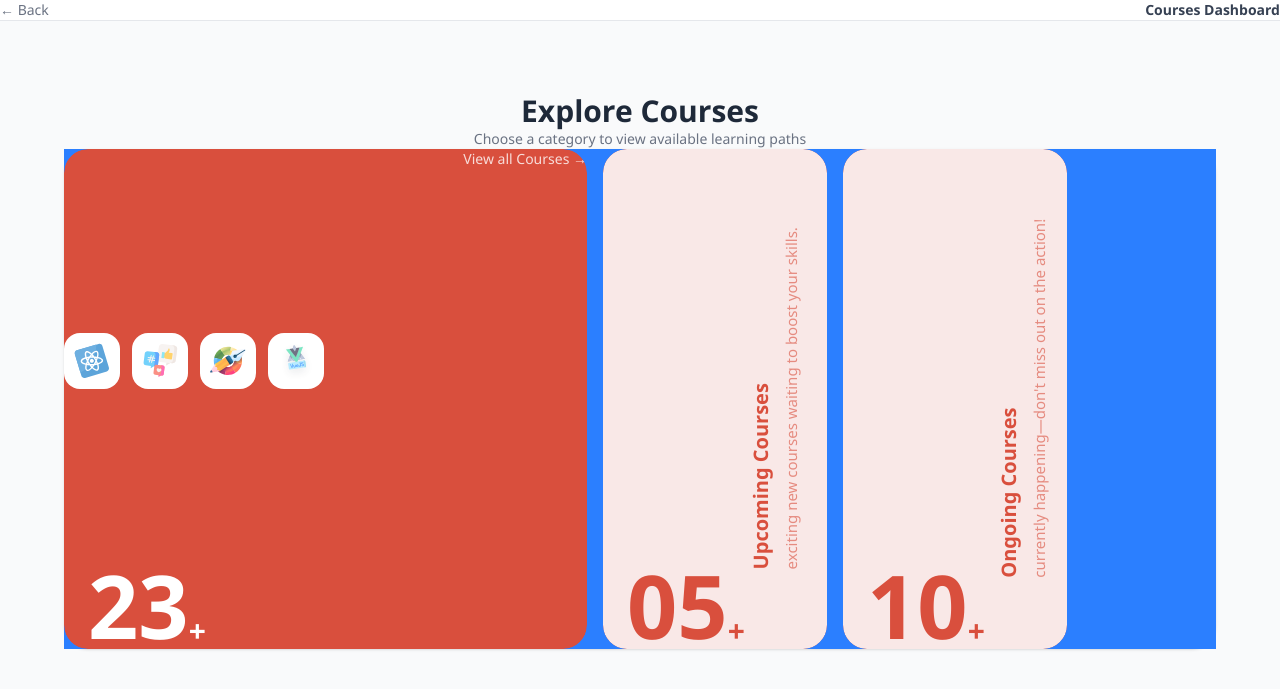
Repository: RahulRajKhadka/nextjs-dashboard-app
Page: /task2
The author's editor kept a copy of each file at every save. The page is drawn from the files as they stood at one save, then again after a run of saves.
The browser window is 1280 px wide. The pictures show the whole page.
The project was rebuilt for these pictures with package versions that can differ from the ones it lists, and the page was loaded fresh each time. The framework's server and built-in components were replaced by stand-ins that run in the browser. Also part of the build but not shown: next.config.ts.

Above is the page before, as saved 2026-04-10 12:48:22.

### src/app/layout.tsx
import type { Metadata } from "next";
import "./globals.css";

export const metadata: Metadata = {
  title: "SkillShikshya Tasks",
  description: "Frontend & Logical Tasks",
};

export default function RootLayout({
  children,
}: {
  children: React.ReactNode;
}) {
  return (
    <html lang="en">
      <body>{children}</body>
    </html>
  );
}

### src/app/task2/page.tsx
"use client";
import dynamic from "next/dynamic";
import Link from "next/link";

const CourseCards = dynamic(() => import("@/components/task2/CourseCards"), {
  loading: () => (
    <div className="flex items-center justify-center h-[300px] text-gray-400 text-sm">
      Loading courses...
    </div>
  ),
  ssr: false,
});

export default function Task2Page() {
  return (
    <main className="min-h-screen bg-gray-50 flex flex-col">

      {/* Top Bar */}
      <div className="flex items-center justify-between px-6 md:px-10 py-4 border-b border-gray-200 bg-white">
        <Link
          href="/"
          className="text-sm text-gray-500 hover:text-gray-900 transition-colors"
        >
          ← Back
        </Link>

        <span className="text-sm font-semibold text-gray-700">
          Courses Dashboard
        </span>
      </div>

      {/* Centered Content */}
      <div className="flex-1 flex items-center justify-center px-4 py-10">

        <div className="w-full max-w-6xl">

          {/* Heading */}
          <div className="mb-8 text-center mt-10">
            <h1 className="text-3xl font-bold text-gray-800">
              Explore Courses
            </h1>
            <p className="text-gray-500 text-sm mt-2">
              Choose a category to view available learning paths
            </p>
          </div>

          {/* Cards */}
          <div className="bg-white rounded-3xl shadow-sm p-4 md:p-6">
            <CourseCards />
          </div>

        </div>

      </div>
    </main>
  );
}

### src/app/globals.css
@import "tailwindcss";

* {
  margin: 0;
  padding: 0;
  box-sizing: border-box;
}

html {
  scroll-behavior: smooth;
}

body {
  font-family: "Segoe UI", sans-serif;
  background-color: #f5f5f5;
}

.vertical-text {
  writing-mode: vertical-rl;
  transform: rotate(180deg);
}

### src/components/task2/CourseCards.tsx
"use client";

import { useState, useRef, useLayoutEffect } from "react";
import CourseCard from "./CourseCard";
import { courseCardsData } from "./courseCardsData";
import gsap from "gsap";

export default function CourseCards() {
  const [expandedId, setExpandedId] = useState<number>(1);
  const [directionMap, setDirectionMap] = useState<Map<number, "left" | "right">>(new Map());

  const cardRefs = useRef<(HTMLDivElement | null)[]>([]);
  const containerRef = useRef<HTMLDivElement>(null);
  const expandedWidth = useRef(0);
  const collapsedWidth = useRef(0);
  const isAnimating = useRef(false);

  useLayoutEffect(() => {
    const container = containerRef.current;
    if (!container) return;

    const totalWidth = container.clientWidth;
    const gap = 16;
    const totalGap = gap * (courseCardsData.length - 1);
    const unit = (totalWidth - totalGap) / courseCardsData.length;

    expandedWidth.current = unit * 1.4;
    collapsedWidth.current = unit * 0.6;

    const initialDirectionMap = new Map<number, "left" | "right">();
    courseCardsData.forEach((course, index) => {
      initialDirectionMap.set(course.id, index === 0 ? "right" : "left");
    });
    setDirectionMap(initialDirectionMap);

    cardRefs.current.forEach((el, i) => {
      if (el) {
        gsap.set(el, {
          width:
            courseCardsData[i].id === 1
              ? expandedWidth.current
              : collapsedWidth.current,
        });
      }
    });
  }, []);

  const getDirectionForCard = (clickedId: number, currentExpandedId: number): "left" | "right" => {
    const clickedIndex = courseCardsData.findIndex((c) => c.id === clickedId);
    const expandedIndex = courseCardsData.findIndex((c) => c.id === currentExpandedId);
    return clickedIndex < expandedIndex ? "left" : "right";
  };

  const isCardLeftmost = (cardId: number): boolean => {
    return courseCardsData.findIndex((c) => c.id === cardId) === 0;
  };

  const handleCardClick = (courseId: number) => {
    if (courseId === expandedId || isAnimating.current) return;

    const newDirection = getDirectionForCard(courseId, expandedId);
    const prevIndex = courseCardsData.findIndex((c) => c.id === expandedId);
    const newIndex = courseCardsData.findIndex((c) => c.id === courseId);

    isAnimating.current = true;

    const tl = gsap.timeline({
      onComplete: () => {
        isAnimating.current = false;
      },
    });

    setDirectionMap((prev) => {
      const newMap = new Map(prev);
      newMap.set(courseId, newDirection);
      return newMap;
    });

  tl.to({}, { duration: 0.08 })

.to(cardRefs.current[prevIndex], {
  width: collapsedWidth.current,
  duration: 0.45,
  ease: "power2.inOut",
})

.to(
  cardRefs.current[newIndex],
  {
    width: expandedWidth.current,
    duration: 0.5,
    ease: "power3.out",
  },
  "-=0.2" // 👈 starts before collapse fully ends
)

.call(() => {
  setExpandedId(courseId);
});
  };

  return (
    <div
      ref={containerRef}
      className="flex gap-4 w-full p-8 bg-blue-500 h-[500px]"
    >
      {courseCardsData.map((course, i) => (
        <div
          key={course.id}
          ref={(el) => (cardRefs.current[i] = el)}
          className="shrink-0 overflow-hidden rounded-3xl"
        >
          <CourseCard
            course={course}
            isExpanded={expandedId === course.id}
            direction={directionMap.get(course.id) || (i === 0 ? "right" : "left")}
            isLeftmost={isCardLeftmost(course.id)}
            onClick={() => handleCardClick(course.id)}
          />
        </div>
      ))}
    </div>
  );
}

### src/components/task2/CourseCard.tsx
"use client";

import Image from "next/image";
import { useRef, useLayoutEffect } from "react";
import { CourseCard as CourseCardType } from "@/types";
import gsap from "gsap";

interface Props {
  course: CourseCardType;
  isExpanded: boolean;
  onClick: () => void;
  direction: "left" | "right";
  isLeftmost?: boolean;
}

export default function CourseCard({
  course,
  isExpanded,
  onClick,
  direction,
  isLeftmost = false,
}: Props) {
  const numberRef = useRef<HTMLDivElement>(null);
  const collapsedLabelRef = useRef<HTMLDivElement>(null);
  const iconsRef = useRef<(HTMLSpanElement | null)[]>([]);
  const topbarRef = useRef<HTMLDivElement>(null);
  const expandedViewRef = useRef<HTMLDivElement>(null);
  const circleRef = useRef<HTMLDivElement>(null);

  useLayoutEffect(() => {
    if (!numberRef.current || !collapsedLabelRef.current) return;

    if (isExpanded) {
      // Show expanded view first so we can measure
      gsap.set(expandedViewRef.current, { display: "grid" });

      // Measure delta: label center → beside number (bottom-left)
      const labelRect = collapsedLabelRef.current.getBoundingClientRect();
      const numberRect = numberRef.current.getBoundingClientRect();

      // We want label to land to the RIGHT of the number
      const targetX = numberRect.right + 40 - (labelRect.left + labelRect.width / 2);
      const targetY = numberRect.bottom - labelRect.height / 2 - labelRect.top - labelRect.height / 2;

      // Circle wipe
      gsap.to(circleRef.current, {
        clipPath: "circle(0% at 0% 100%)",
        duration: 1.5,
        ease: "power3.inOut",
      });

      // Topbar
      const topbarFromX = direction === "left" ? 80 : -80;
      gsap.fromTo(
        topbarRef.current,
        { opacity: 0, y: -10, x: topbarFromX },
        { opacity: 1, y: 0, x: 0, duration: 0.5, delay: 0.25 }
      );

      // Icons
      const iconsFromX = direction === "left" ? 150 : -150;
      gsap.set(iconsRef.current, { x: iconsFromX, opacity: 0 });
      iconsRef.current.forEach((icon, i) => {
        gsap.to(icon, {
          x: 0,
          opacity: 1,
          duration: 0.5,
          delay: 0.25 + i * 0.1,
        });
      });

      // Number color
      gsap.to(numberRef.current, {
        color: "#ffffff",
        duration: 0.5,
        delay: 0.2,
      });

      // Label: rotate -90 → 0 while traveling right to beside the number
      gsap.fromTo(
        collapsedLabelRef.current,
        {
          rotation: -90,
          x: 0,
          y: 0,
          color: course.textColor,
        },
        {
          rotation: 0,
          x: 400,
          y: 400,
          color: "#ffffff",
          duration: 2,
          delay: 0,
          ease: "power2.inOut",
        }
      );
    } else {
      // Circle back
      gsap.to(circleRef.current, {
        clipPath: "circle(130% at 0% 80%)",
        duration: 0.7,
      });

      gsap.set(expandedViewRef.current, { display: "none", delay: 0.3 });

      // Number color back
      gsap.to(numberRef.current, {
        color: course.textColor,
        duration: 0.4,
      });

      // Label travels back and rotates back to -90
      gsap.to(collapsedLabelRef.current, {
        rotation: -90,
        x: 0,
        y: 0,
        color: course.textColor,
        duration: 2,
        ease: "power2.inOut",
      });
    }
  }, [isExpanded, direction]);

  return (
    <div
      onClick={onClick}
      className="relative rounded-3xl overflow-hidden cursor-pointer h-full w-full"
      style={{ backgroundColor: course.bgExpanded }}
    >
      {/* Background circle */}
      <div
        ref={circleRef}
        className="absolute inset-0 z-[1]"
        style={{
          backgroundColor: course.bg,
          clipPath: "circle(150% at 0% 100%)",
        }}
      />

      {/* NUMBER — always bottom-left */}
      <div className="absolute bottom-0 left-6 z-[3] flex items-end p-4 pointer-events-none">
        <div ref={numberRef} className="flex items-end" style={{ color: course.textColor }}>
          <span
            className="font-black leading-none"
            style={{
              fontSize: "clamp(3.5rem,7vw,5.5rem)",
              color: "inherit",
            }}
          >
            {String(course.count).padStart(2, "0")}
          </span>
          <span className="font-black text-3xl mb-2 ml-1" style={{ color: "inherit" }}>
            +
          </span>
        </div>
      </div>

      {/* SINGLE LABEL — always center, rotates and travels on expand */}
      <div className="absolute inset-0 z-[4] flex items-center  pointer-events-none">
        <div
          ref={collapsedLabelRef}
          className="flex flex-col gap-1"
          style={{
            transform: "rotate(-90deg)",
            color: course.textColor,
          }}
        >
          <span className="font-bold text-[20px] whitespace-nowrap" style={{ color: "inherit" }}>
            {course.label}
          </span>
          <p className="text-[15px] opacity-60 whitespace-nowrap" style={{ color: "inherit" }}>
            {course.sublabel}
          </p>
        </div>
      </div>

      {/* EXPANDED VIEW — topbar + icons only */}
      <div
        ref={expandedViewRef}
        className="absolute inset-0 z-[2] p-5"
        style={{
          display: isExpanded ? "grid" : "none",
          gridTemplateRows: "auto 1fr auto",
        }}
      >
        {/* Row 1: topbar */}
        <div ref={topbarRef} className="flex justify-end mt-40">
          <span className="text-white/80 text-sm">View all Courses →</span>
        </div>

        {/* Row 2: icons */}
        <div className="flex gap-3 items-center">
          {course.icons?.map((iconPath, i) => (
            <span
              key={i}
              ref={(el) => (iconsRef.current[i] = el)}
              className="w-14 h-14 rounded-2xl bg-white flex items-center justify-center"
            >
              <Image src={iconPath} alt="" width={36} height={36} />
            </span>
          ))}
        </div>

        {/* Row 3: empty — number and label are absolute, they land here */}
        <div className="h-24" />
      </div>
    </div>
  );
}

### src/components/task2/courseCardsData.ts
import { CourseCard } from "@/types";

export const courseCardsData: CourseCard[] = [
  {
    id: 1,
    count: "23",
    label: "All Courses",
    sublabel: "courses you're powering through right now.",
    bg: "#F9E8E7",        // ← was "#D94F3D", should be light pink
    textColor: "#D94F3D",  // ← was "white", red for collapsed state
    bgExpanded: "#D94F3D",
    icons: ["/images/react.svg", "/images/likes.svg", "/images/design.svg", "/images/view.svg"],
  },
  {
    id: 2,
    count: "05",
    label: "Upcoming Courses",
    sublabel: "exciting new courses waiting to boost your skills.",
    bg: "#F9E8E7",
    textColor: "#D94F3D",
    bgExpanded: "#D94F3D",
    icons: ["/images/react.svg", "/images/likes.svg", "/images/design.svg", "/images/view.svg"],
  },
  {
    id: 3,
    count: "10",
    label: "Ongoing Courses",
    sublabel: "currently happening—don't miss out on the action!",
    bg: "#F9E8E7",
    textColor: "#D94F3D",
    bgExpanded: "#D94F3D",
    icons: ["/images/react.svg", "/images/likes.svg", "/images/design.svg", "/images/view.svg"],
  },
];

After the next 2 saves:
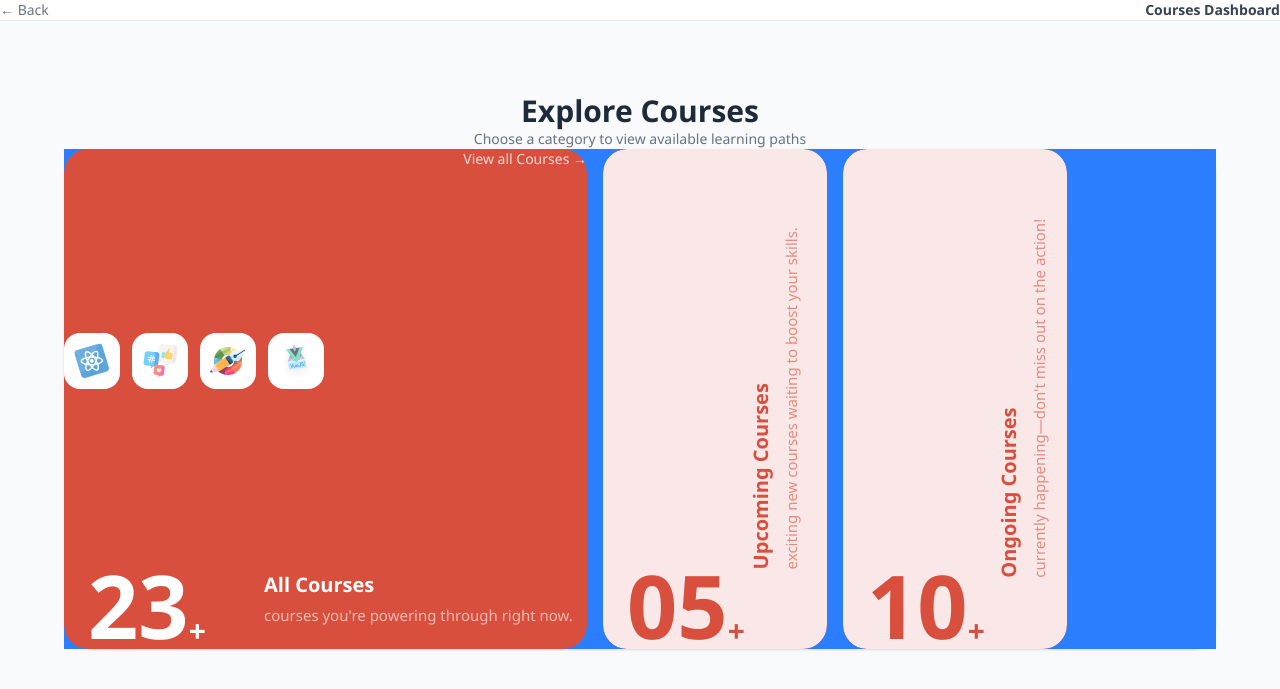
The 2 saves are shown as one change because they came seconds apart.
The last was saved 15 s later.
--- a/src/components/task2/CourseCard.tsx
+++ b/src/components/task2/CourseCard.tsx
@@ -87,8 +87,8 @@ export default function CourseCard({
         },
         {
           rotation: 0,
-          x: 400,
-          y: 400,
+          x: 200,
+          y: 200,
           color: "#ffffff",
           duration: 2,
           delay: 0,
